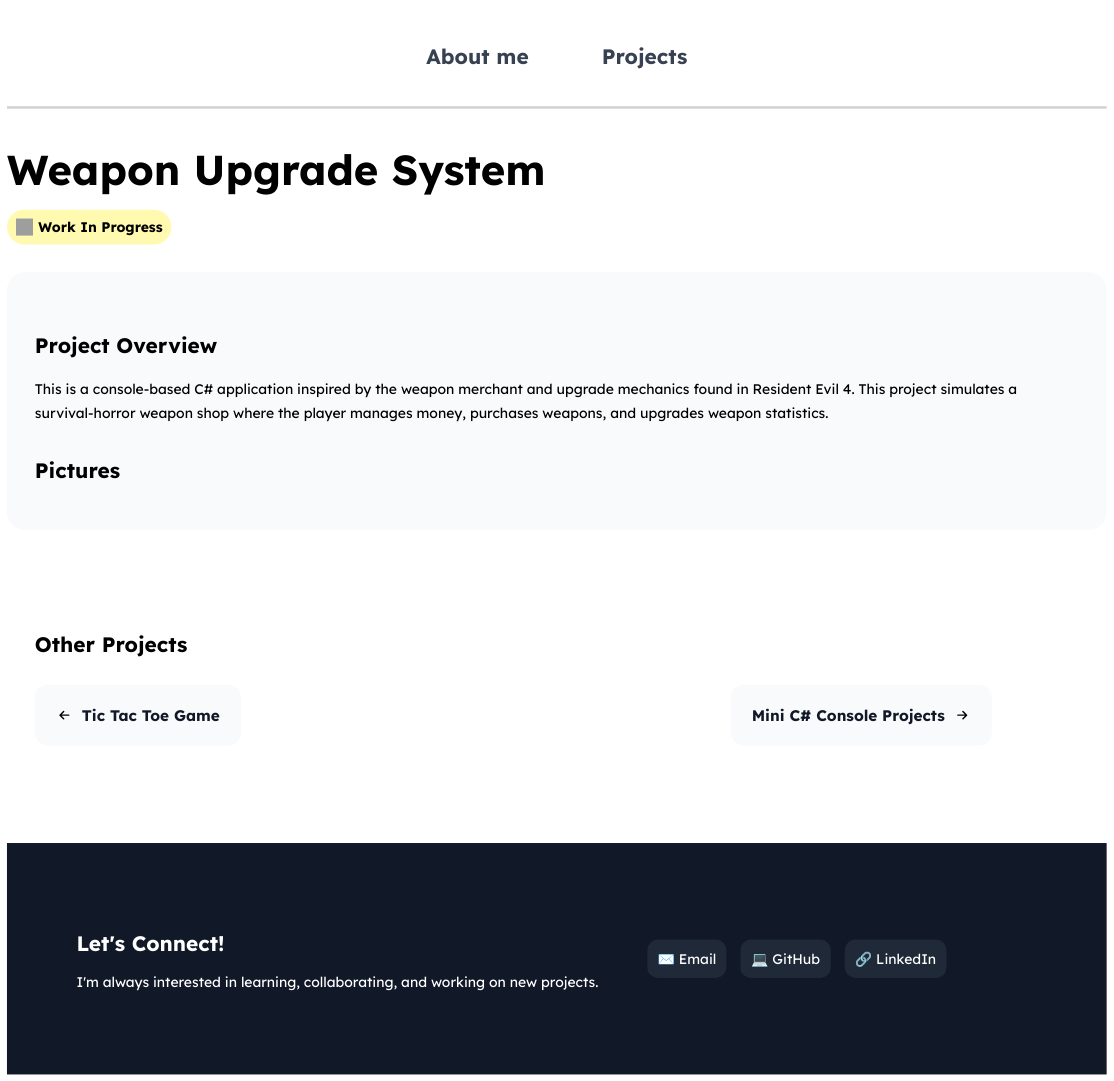
Repository: perrybalaba/perrybalaba
Page: pages/weapon-upgrade.html
These files come from the project's save history. The page is drawn as it stood at one moment and after the next save; the edit follows.
The browser window is 1280 px wide. The pictures show the whole page, at 87% of full size.
Pictures or frames that could not be fetched are drawn as grey boxes.

Above is the page before, as saved 2026-05-14 18:33:34.

### pages/weapon-upgrade.html
<!DOCTYPE html>
<html lang="en">
<head>
    <meta charset="UTF-8">
    <meta name="viewport" content="width=device-width, initial-scale=1.0">
    <title> Perry's Portfolio </title>
    <link rel="stylesheet" href="../styles/projects.css"/>
    <link rel="stylesheet" href="../styles/globals.css"/>
</head>
<body>
    <main>
        <!-- NAVIGATION BAR -->
        <nav class="Nav-Bar">
            <ul>
                <li><a href="../index.html"> About me </a></li>
                <li><a href="../pages/weapon-upgrade.html"> Projects </a></li>
            </ul>
        </nav>
        <!-- INFO -->
        <div class="Project-Info">
            <div class="Project-Info-Container">
                <h2> Weapon Upgrade System </h2>
                <div class="Project-Stats">
                    <span class="Work-In-Progress">
                        <img src="../assets/images/clock-svgrepo-com.svg" alt="in progress"/>
                        Work In Progress
                    </span>
                </div>
                <div class="Project-Info-Card">
                    <h3> Project Overview </h3>
                        <p>
                            This is a console-based C# application inspired by the weapon merchant and upgrade mechanics
                            found in Resident Evil 4. This project simulates a survival-horror weapon shop where the player
                            manages money, purchases weapons, and upgrades weapon statistics.
                        </p>
                    <h3> Pictures </h3>
                </div>
            </div>

        </div>

        <!-- MORE PROJECTS -->
        <div class="Other-Projects">
            <h2> Other Projects </h2>
            <div class="Other-Projects-Container">
                <div class="Other-Projects-Card Left-Card">
                    <a href="./tic-tac-toe.html">
                    <img src="../assets/images/arrow-sm-left-svgrepo-com.svg">
                    Tic Tac Toe Game
                    </a>
                </div>

                <div class="Other-Projects-Card Right-Card">
                    <a href="./console-projects.html">
                        Mini C# Console Projects
                        <img src="../assets/images/arrow-sm-right-svgrepo-com.svg">
                    </a>
                </div>
            </div>
        </div>


        <!-- CONTACT -->
        <div class="Contact">
            <div class="Contact-Container">
                <div class="Contact-Text">
                    <h2> Let's Connect! </h2>
                    <p>
                        I'm always interested in learning, collaborating, and working on new projects.
                    </p>
                </div>

                <div class="Contact-Links">
                    <a href="mailto:balabaperry@gmail.com"> ✉️ Email</a>
                    <a href="https://github.com/perrybalaba"> 💻 GitHub </a>
                    <a href="https://www.linkedin.com/in/ann-karen-balaba-46b839387/"> 🔗 LinkedIn</a>
                </div>
            </div>
        </div>

    </main>
</body>
</html>

### styles/projects.css
/* NAVIGATION BAR */
.Nav-Bar {
    padding: 1rem;
    border-bottom: 3px solid lightgray;
}

nav ul {
    list-style: none;
    display: flex;
    justify-content: center;
    flex-wrap: wrap;
    gap: 2rem;
    padding: 0;
}

nav ul li a {
    display: block;
    text-align: center;
    padding: .75rem 1rem;
    text-decoration: none;
    color: #374151;
    font-weight: bold;
    padding: 10px;
    border-radius: 10px;
    font-size: 1rem;
    transition: 0.2s;
}

nav ul li a:hover {
    transform: scale(1.08);
    background-color: #f3f4f6;
    color: black;
}

/* PROJECT */
.Other-Projects {
    max-width: 1100px;
    margin: 0;
    padding: 2rem;
}

.Project-Info-Container h2 {
    font-size: 3rem;
    margin-bottom: 1rem;
}

.Project-Stats {
    display: flex;
    gap: 1rem;
    flex-wrap: wrap;
    margin-bottom: 2rem;
}

.Work-In-Progress {
    display: flex;
    align-items: center;
    gap: 6px;
    background-color: #fffaaf;
    padding: 10px;
    border-radius: 1000px;
    font-weight: bold;
}

.Work-In-Progress img {
    width: 20px;
    height: 20px;
}

.Project-Info-Card {
    background-color: #f9fafb;
    padding: 2rem;
    border-radius: 20px;
    line-height: 1.7;
}

.Project-Info-Card h3 {
    font-size: 1.5rem;
    margin-bottom: 1rem;
    margin-top: 2rem;
}

/* OTHER PROJECTS */
.Other-Projects {
    margin-top: 4rem;
}

.Other-Projects-Container {
    display: flex;
    justify-content: space-between;
    align-items: center;
    width: 100%;
    margin-top: 2rem;
}

.Other-Projects h2 {
    margin-bottom: 2rem;
}

.Other-Projects-Card {
    background-color: #f9fafb;
    padding: 1.5rem;
    border-radius: 15px;
    width: fit-content;
    transition: 0.2s ease;
}

.Other-Projects-Card:hover {
    transform: translateY(-5px);
    background-color: #f3f4f6;
}

.Other-Projects-Card a {
    text-decoration: none;
    color: #111827;
    font-weight: bold;
    font-size: 1.1rem;
    display:flex;
    align-items: center;
    gap: 10px;
}

.Other-Projects-Card img {
    width: 20px;
    height: 20px;
    transition: transform 0.2s ease;
}

.Left-Card:hover img {
    transform: translateX(-5px);
}

.Right-Card:hover img {
    transform: translateX(5px);
}

/* CONTACT */
.Contact {
    background-color: #111827;
    color: white;
    padding: 5rem;
    margin-top: 5rem;
}

.Contact-Container {
    display: flex;
    justify-content: space-between;
    align-items: center;
    max-width: 1000px;
    margin: 0;
    flex-wrap: wrap;
    gap: 2rem;
}

.Contact-Links {
    display: flex;
    gap: 1rem;
    flex-wrap: wrap;
}

.Contact-Links a {
    text-decoration: none;
    background-color: #1F2937;
    color: white;
    padding: 12px;
    border-radius: 12px;
    transition: 0.2s ease;
}

.Contact-Links a:hover {
    background-color: #374151;
    transform: scale(1.03);
}

### styles/globals.css
/* FONTS */
@font-face {
    font-family: "NotoSans";
    src: url(../assets/fonts/Noto_Sans/NotoSans-VariableFont_wdth\,wght.ttf);
}

@font-face {
    font-family: "Lexend";
    src: url(../assets/fonts/Lexend_Deca\,Noto_Sans/Lexend_Deca/LexendDeca-VariableFont_wght.ttf);
}

.Home-Header {
    font-family: "NotoSans";
}

.Nav-Bar {
    font-family: "Lexend";
}

main {
    font-family: "Lexend";
}

/* TABLET DESIGN */
@media (min-width: 768px) {
    /* NAVIGATION BAR */
    nav ul li a {
        font-size: 1.3rem;
    }

    /* HEADER */
    .Home-Header {
        font-size: 2.2rem;
    }

    /* ABOUT ME */
    .Info {
        flex-direction: row;
        justify-content: center;
        align-items: center;
        gap: 2rem;
        padding: 2rem;
    }

    .Description {
        width: 60%;
        max-width: 600px;
    }

    .Info img {
        max-width: 300px;
        width: 40%;
    }

    /* SKILLS */
    .Skill-Card {
        width: 260px;
    }

    .Skill-Icons img {
        width: 50px;
        height: 50px;
    }
}

/* DESKTOP */
@media (min-width: 1024px) {

    /* NAVIGATION */
    nav ul {
        gap: 4rem;
    }

    nav ul li a {
        font-size: 1.5rem;
    }

    /* ABOUT ME */
    .Info {
        gap: 5rem;
        padding: 4rem;
        justify-content: center;
        flex-direction: row;
        align-items: center;
    }

    .Description {
        max-width: 650px;
        font-size: 1.2rem;
        display: flex;
        flex-direction: column;
        align-items: center;
        justify-content: center;
        gap: 1rem;
    }

    .Info img {
        max-width: 500px;
    }

    .Home-Header {
        font-size: 4rem;
    }

    /* SKILLS */
    .Skill-Container {
        gap: 3rem;
    }

    .Skill-Card {
        width: 280px;
    }

    .Skill-Icons img {
        width: 80px;
        height: 80px;
    }

    /* SKILLS */
    .Projects-Container {
        display: flex;
        flex-direction: column;
        align-items: center;
    }

    .Project-Card {
        width: 100%;
        max-width: 850px;
        margin: 0 auto;
    }
}

After the next save:
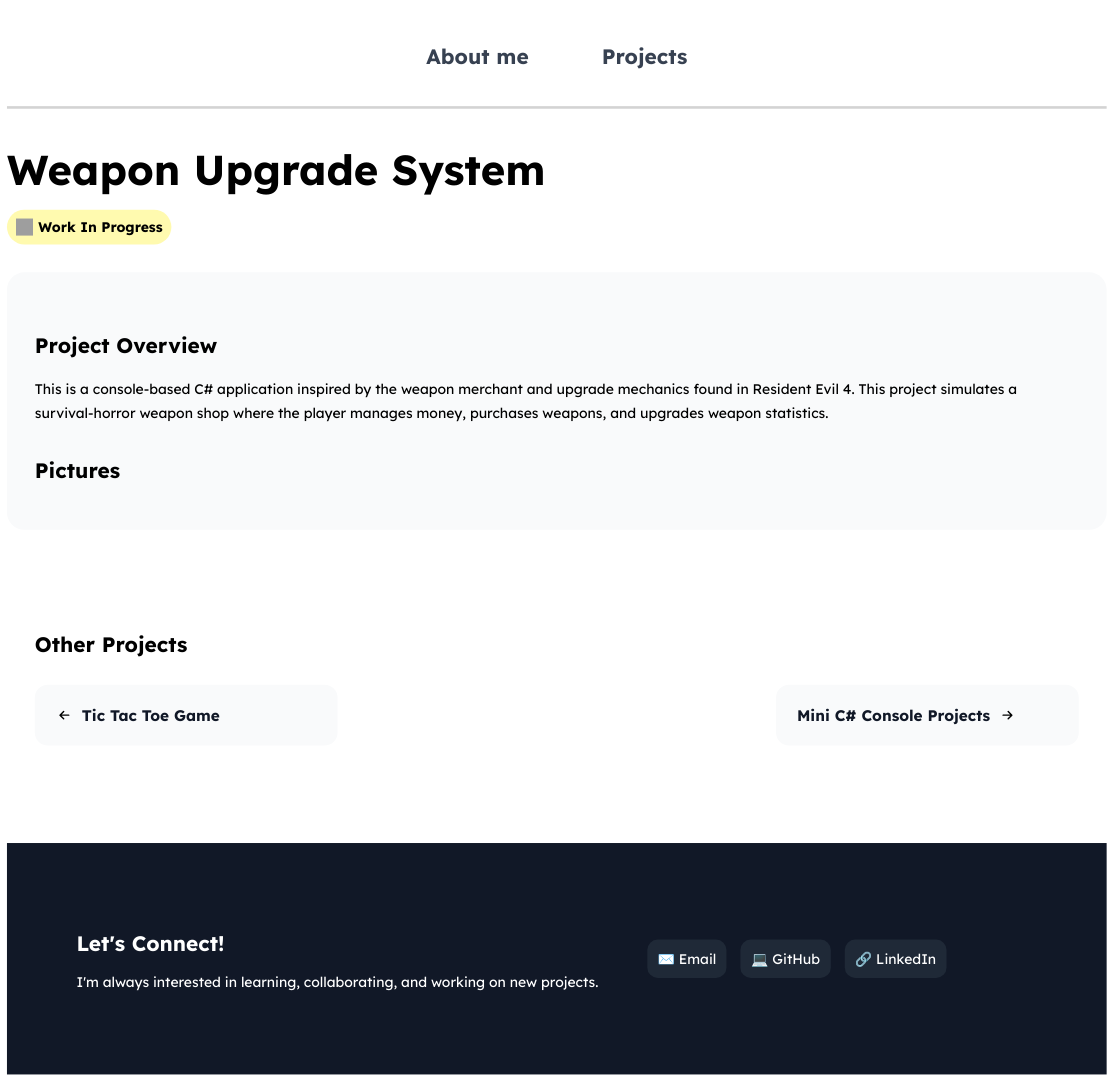
Saved 2 min 17 s later.
--- a/styles/projects.css
+++ b/styles/projects.css
@@ -82,6 +82,8 @@ nav ul li a:hover {
 /* OTHER PROJECTS */
 .Other-Projects {
     margin-top: 4rem;
+    max-width: 1200px;
+    padding: 2rem;
 }
 
 .Other-Projects-Container {
@@ -100,7 +102,7 @@ nav ul li a:hover {
     background-color: #f9fafb;
     padding: 1.5rem;
     border-radius: 15px;
-    width: fit-content;
+    width: 300px;
     transition: 0.2s ease;
 }
 
